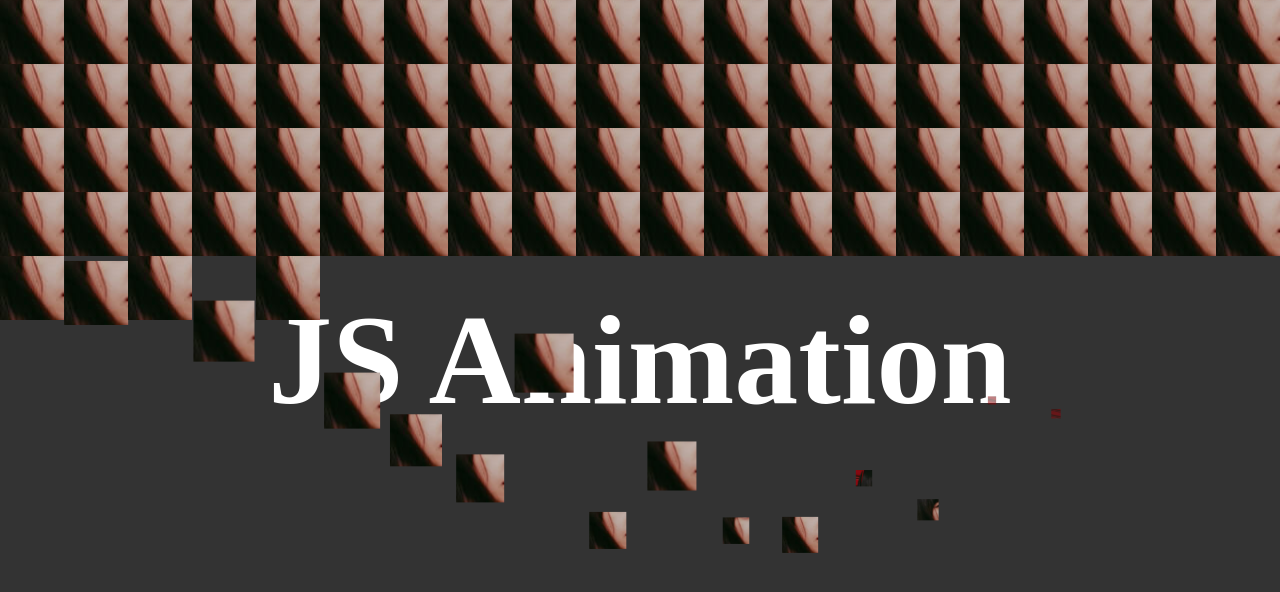
Repository: honghyunAhn/DailyFront
Page: Day210214_CSS_&_Javascript_Background_Animation_Effects/index.html
An editor plug-in stored every save of this project. The page is shown before and after the next save, followed by the edit.
The browser window is 1280 px wide. The pictures show the whole page.

Above is the page before, as saved 2021-02-15 15:03:20.

### Day210214_CSS_&_Javascript_Background_Animation_Effects/index.html
<!DOCTYPE html>
<html lang="en">
<head>
    <meta charset="UTF-8">
    <meta http-equiv="X-UA-Compatible" content="IE=edge">
    <meta name="viewport" content="width=device-width, initial-scale=1.0">
    <title>CSS & Javascript Background Animation Effects</title>
    <link rel="stylesheet" href="style.css">
</head>
<body>
    <section>
        <h2>JS Animation</h2>
        <div class="banner">
            <div class="blocks"></div>
        </div>
    </section>
    <script>
        const banner = document.getElementsByClassName('banner')[0];
        const blocks = document.getElementsByClassName('blocks');

        for (var i = 1; i < 400; i++){
            banner.innerHTML += "<div class='blocks'></div>";
            blocks[i].style.animationDelay = `${i * 0.05}s`;
        }
    </script>
</body>
</html>

### Day210214_CSS_&_Javascript_Background_Animation_Effects/style.css
@import url("https://fonts.googleapis.com/css?family=Poppins:200,300,400,500,600,700,800,900&display=swap");
* {
  margin: 0;
  padding: 0;
  font-family: "Poppins" sans-serif;
}
section {
  position: relative;
  width: 100%;
  height: 100vh;
  background: #333;
}
section h2 {
  position: relative;
  width: 100%;
  height: 100vh;
  text-align: center;
  line-height: 100vh;
  font-size: 10vw;
  color: #fff;
  font-weight: 700;
}
.banner {
  position: absolute;
  top: 0;
  left: 0;
  width: 100%;
  height: 100%;
  overflow: hidden;
  display: flex;
  flex-wrap: wrap;
}
.banner .blocks {
  position: relative;
  display: block;
  width: 5vw;
  height: 5vw;
  animation: animate 0.75s ease-in-out forwards;
}
.banner .blocks:nth-child(even) {
  animation: animate 1s ease-in-out forwards;
}
.banner .blocks:nth-child(7n + 3) {
  animation: animate 2.5s ease-in-out forwards;
}
.banner .blocks:nth-child(7n + 3) {
  animation: animate 1s ease-in-out forwards;
}
@keyframes animate {
  0% {
    opacity: 0;
    transform: scale(0) translateY(1000px);
  }
  50% {
    opacity: 1;
    background: url(bg.jpg);
    background-position: center;
    background-attachment: fixed;
  }
  100% {
    opacity: 1;
    transform: scale(1) translateY(0px);
    background: url(bg.jpg);
    background-position: center;
    background-attachment: fixed;
  }
}

After the next save:
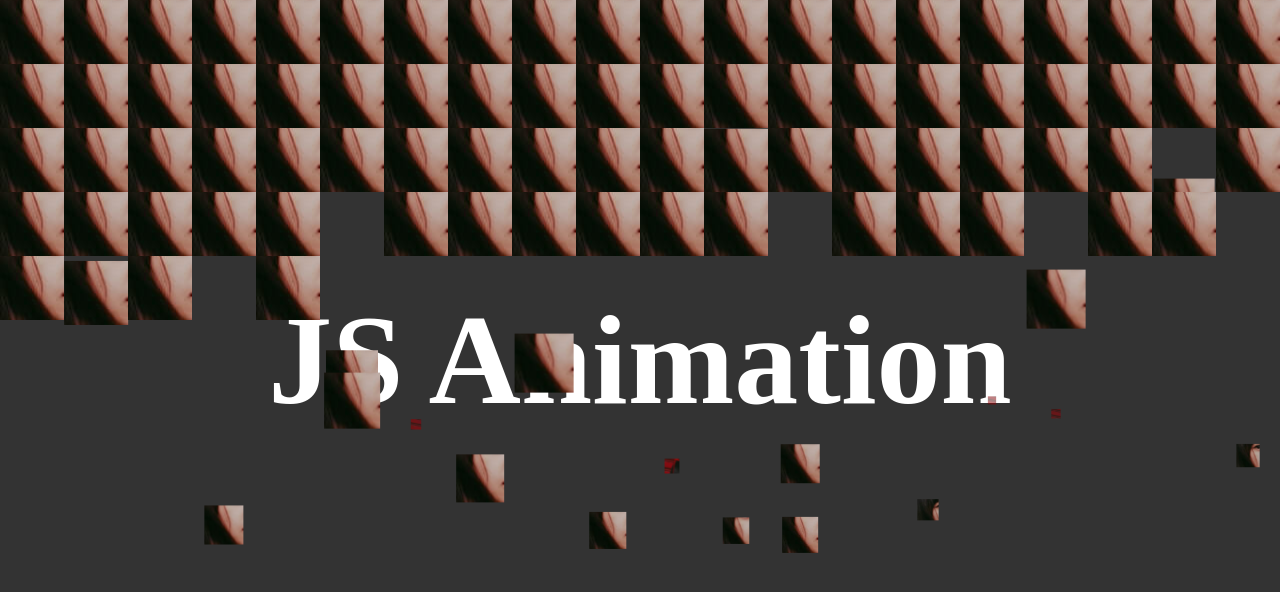
Saved 21 s later.
--- a/Day210214_CSS_&_Javascript_Background_Animation_Effects/style.css
+++ b/Day210214_CSS_&_Javascript_Background_Animation_Effects/style.css
@@ -43,8 +43,8 @@ section h2 {
 .banner .blocks:nth-child(7n + 3) {
   animation: animate 2.5s ease-in-out forwards;
 }
-.banner .blocks:nth-child(7n + 3) {
-  animation: animate 1s ease-in-out forwards;
+.banner .blocks:nth-child(7n + 7) {
+  animation: animate 1.5s ease-in-out forwards;
 }
 @keyframes animate {
   0% {
